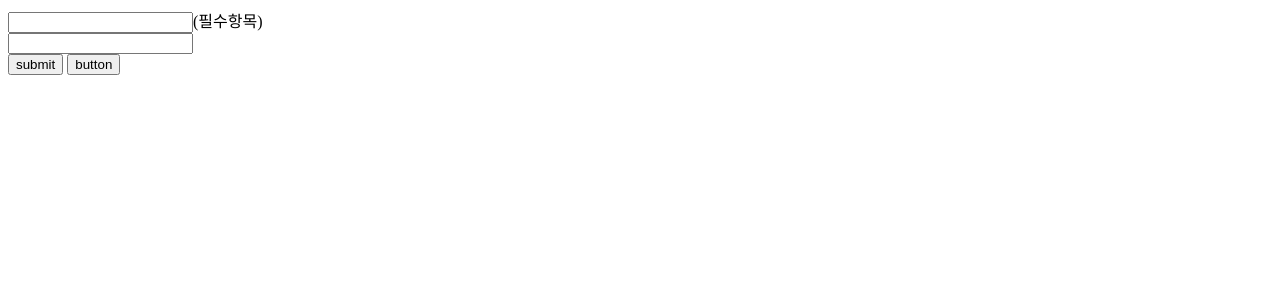
Repository: hangilyon/allJSPStudy
Page: javascript/ex12.html
The author's editor kept a copy of each file at every save. The page is drawn from the files as they stood at one save, then again after the next save.
The browser window is 1280 px wide. The pictures show the whole page.

Above is the page before, as saved 2021-10-15 07:21:19.

### javascript/ex12.html
<!DOCTYPE html>
<html>
<head>
<meta charset="UTF-8">
<title>ex12</title>
<script type="text/javascript">
	function su(){
		alert('submit')
		fo.submit()
	}
</script>

</head>
<body>
	<form id="fo" action="ex10.html">
		<input type="text">(필수항목)<br>
		<input type="text"><br>
		<input type="submit" value="submit" onclick="su()">
		<input type="button" value="button" onclick="su()"><br>
	</form>
</body>
</html>

After the next save:
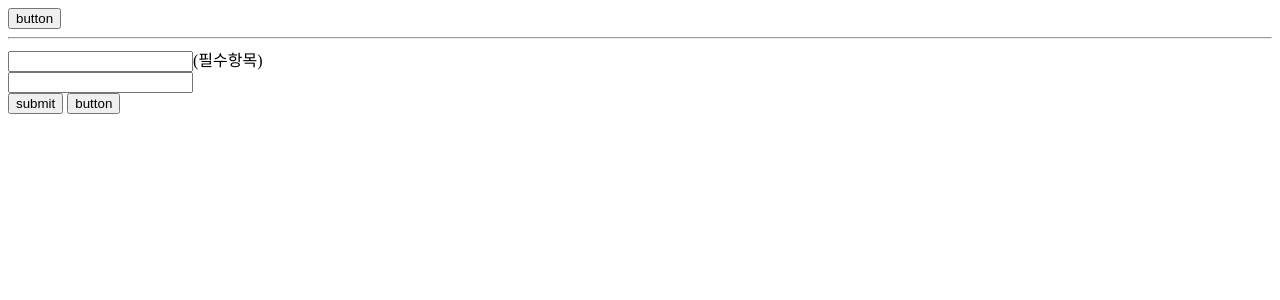
Saved 99 s later.
--- a/javascript/ex12.html
+++ b/javascript/ex12.html
@@ -6,12 +6,14 @@
 <script type="text/javascript">
 	function su(){
 		alert('submit')
-		fo.submit()
+		fo.submit();
 	}
 </script>
 
 </head>
 <body>
+<input type="button" value="button" onclick="su2()">
+<hr>
 	<form id="fo" action="ex10.html">
 		<input type="text">(필수항목)<br>
 		<input type="text"><br>
